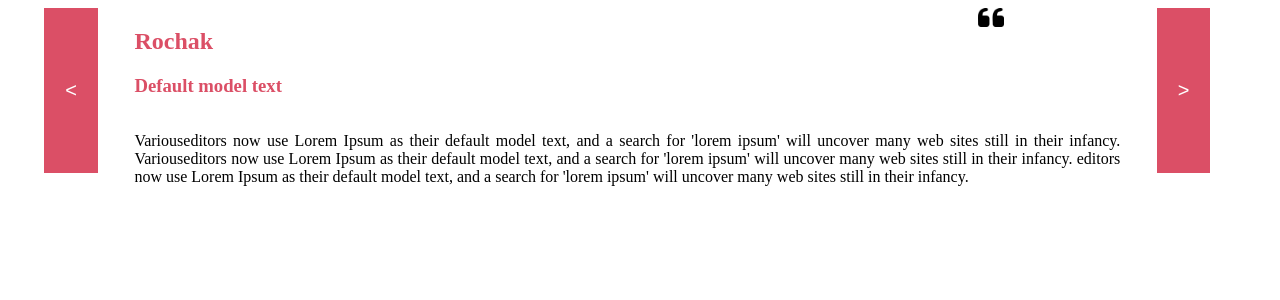
Repository: AVINKUMARP/gifts
Page: demo2.html
These files come from the project's save history. The page is drawn as it stood at one moment and after the next save; the edit follows.
The browser window is 1280 px wide. The pictures show the whole page.

Above is the page before, as saved 2023-08-24 14:03:22.

### demo2.html
<!DOCTYPE html>
<html lang="en">
<head>
    <meta charset="UTF-8">
    <meta name="viewport" content="width=device-width, initial-scale=1.0">
    <title>Document</title>
    <style>
        .container{
            display: flex;
            flex-wrap: wrap;
            text-align: center;
            margin: ;
        }
        .cbutl{
            width: 10%;
        }
        .cpara{
            width: 78%;
        }
        .cbutr{
            width: 10%;
        }
        .csub{
            display: flex;
            flex-wrap: wrap;
            justify-content: space-between;
        }
        .cbutl button{
            background-color: #db4f66;
            color: white;
            border:1px solid #db4f66;
            padding: 70px 20px;
            font-size: 20px;
        }
        .csub h2{
            text-align: start;

        }
        .ch h2{
            color:#db4f66;
        }
        .ch h3{
            color:#db4f66;
        }
        .csub h3{
            text-align: start;
        }
        .cpara p{
            text-align: justify;
        }
    </style>
</head>
<body>
    <div class="container">
        <div class="cbutl"><button><</button></div>
        <div class="cpara">
            <div class="csub">
                <div class="ch"><h2>Rochak</h2>
                    <h3>Default model text</h3>
                </div>
                <div class="cicon"><img src="./images/icon.png" alt="loading..." width="10%"></div>
            </div>

            <p>Variouseditors now use Lorem Ipsum as their default model text, and a search for 'lorem ipsum' will uncover many web sites still in their infancy. Variouseditors now use Lorem Ipsum as their default model text, and a search for 'lorem ipsum' will uncover many web sites still in their infancy. editors now use Lorem Ipsum as their default model text, and a search for 'lorem ipsum' will uncover many web sites still in their infancy.</p>
        </div>
        <div class="cbutl"><button>></button></div>
    </div>
</body>
</html>

After the next save:
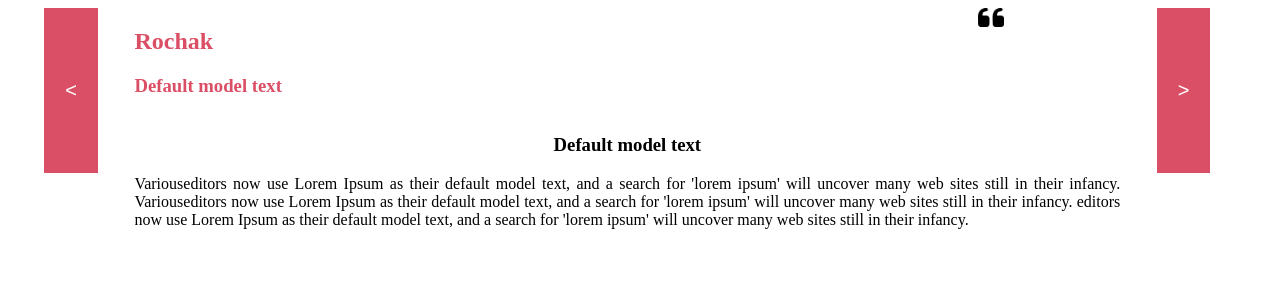
Saved 14 s later.
--- a/demo2.html
+++ b/demo2.html
@@ -60,7 +60,7 @@
                 </div>
                 <div class="cicon"><img src="./images/icon.png" alt="loading..." width="10%"></div>
             </div>
-
+            <h3>Default model text</h3>
             <p>Variouseditors now use Lorem Ipsum as their default model text, and a search for 'lorem ipsum' will uncover many web sites still in their infancy. Variouseditors now use Lorem Ipsum as their default model text, and a search for 'lorem ipsum' will uncover many web sites still in their infancy. editors now use Lorem Ipsum as their default model text, and a search for 'lorem ipsum' will uncover many web sites still in their infancy.</p>
         </div>
         <div class="cbutl"><button>></button></div>

After the save that followed:
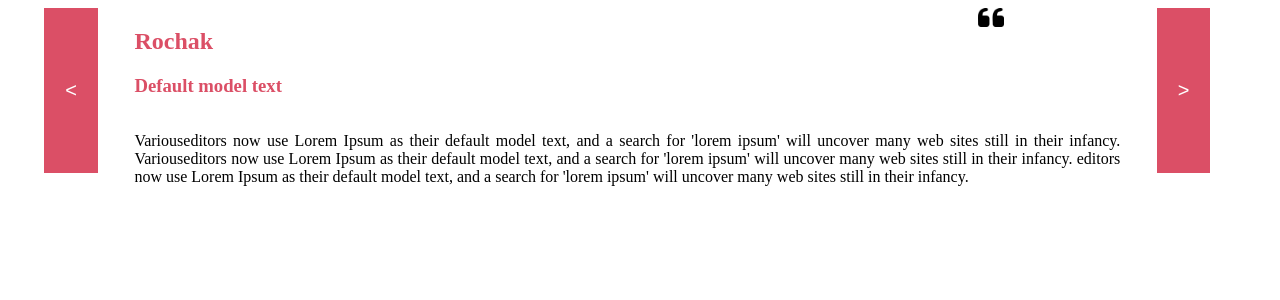
Saved 19 s later.
--- a/demo2.html
+++ b/demo2.html
@@ -60,7 +60,7 @@
                 </div>
                 <div class="cicon"><img src="./images/icon.png" alt="loading..." width="10%"></div>
             </div>
-            <h3>Default model text</h3>
+
             <p>Variouseditors now use Lorem Ipsum as their default model text, and a search for 'lorem ipsum' will uncover many web sites still in their infancy. Variouseditors now use Lorem Ipsum as their default model text, and a search for 'lorem ipsum' will uncover many web sites still in their infancy. editors now use Lorem Ipsum as their default model text, and a search for 'lorem ipsum' will uncover many web sites still in their infancy.</p>
         </div>
         <div class="cbutl"><button>></button></div>
